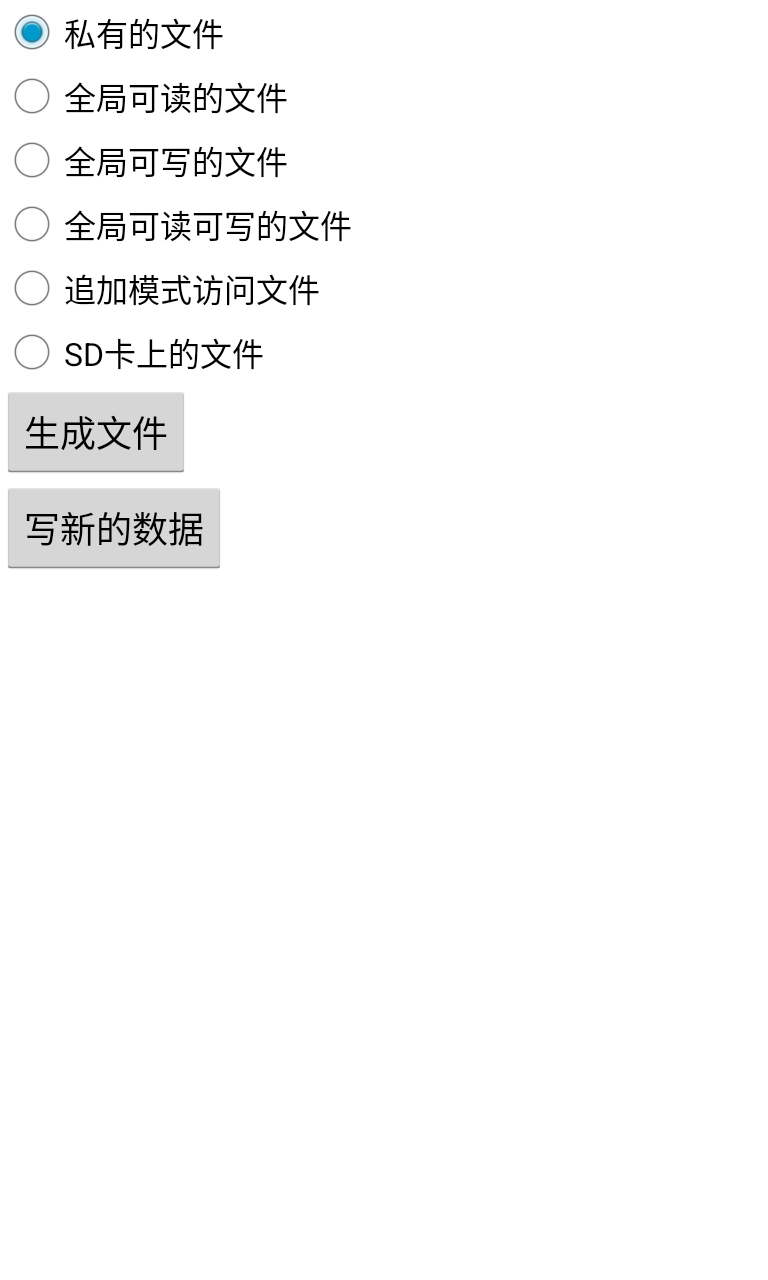
Repository: qq839924354/day01
Layout: day02/code/TestMode/res/layout/activity_main.xml
The author's editor kept a copy of each file at every save. The layout is drawn from the files as they stood at one save, then again after the next save.
It is drawn on a 768 x 1280 px phone screen (xhdpi) without system bars, with theme AppTheme; the app's code is not run.

Above is the layout before, as saved 2013-03-01 08:50:35.

### day02/code/TestMode/res/layout/activity_main.xml
<LinearLayout xmlns:android="http://schemas.android.com/apk/res/android"
    xmlns:tools="http://schemas.android.com/tools"
    android:layout_width="match_parent"
    android:layout_height="match_parent"
    android:orientation="vertical"
    tools:context=".MainActivity" >

    <RadioGroup
        android:id="@+id/rg"
        android:layout_width="wrap_content"
        android:layout_height="wrap_content" >

        <RadioButton
            android:id="@+id/rb_private"
            android:layout_width="wrap_content"
            android:layout_height="wrap_content"
            android:checked="true"
            android:text="私有的文件" />

        <RadioButton
            android:id="@+id/rb_readable"
            android:layout_width="wrap_content"
            android:layout_height="wrap_content"
            android:text="全局可读的文件" />

        <RadioButton
            android:id="@+id/rb_writeable"
            android:layout_width="wrap_content"
            android:layout_height="wrap_content"
            android:text="全局可写的文件" />

        <RadioButton
            android:id="@+id/rb_all"
            android:layout_width="wrap_content"
            android:layout_height="wrap_content"
            android:text="全局可读可写的文件" />


          <RadioButton
            android:id="@+id/rb_append"
            android:layout_width="wrap_content"
            android:layout_height="wrap_content"
            android:text="追加模式访问文件" />

        <RadioButton
            android:id="@+id/rb_sd"
            android:layout_width="wrap_content"
            android:layout_height="wrap_content"
            android:text="SD卡上的文件" />
    </RadioGroup>

    <Button
		android:onClick="generateFile"
        android:layout_width="wrap_content"
        android:layout_height="wrap_content"
        android:text="生成文件" />
        <Button
		android:onClick="writeappend"
        android:layout_width="wrap_content"
        android:layout_height="wrap_content"
        android:text="写新的数据" />
</LinearLayout>

Loaded but not shown: day02/code/TestMode/res/values/styles.xml (common file); day02/code/TestMode/res/values-v11/styles.xml (common file); day02/code/TestMode/res/values-v14/styles.xml (common file)

After the next save:
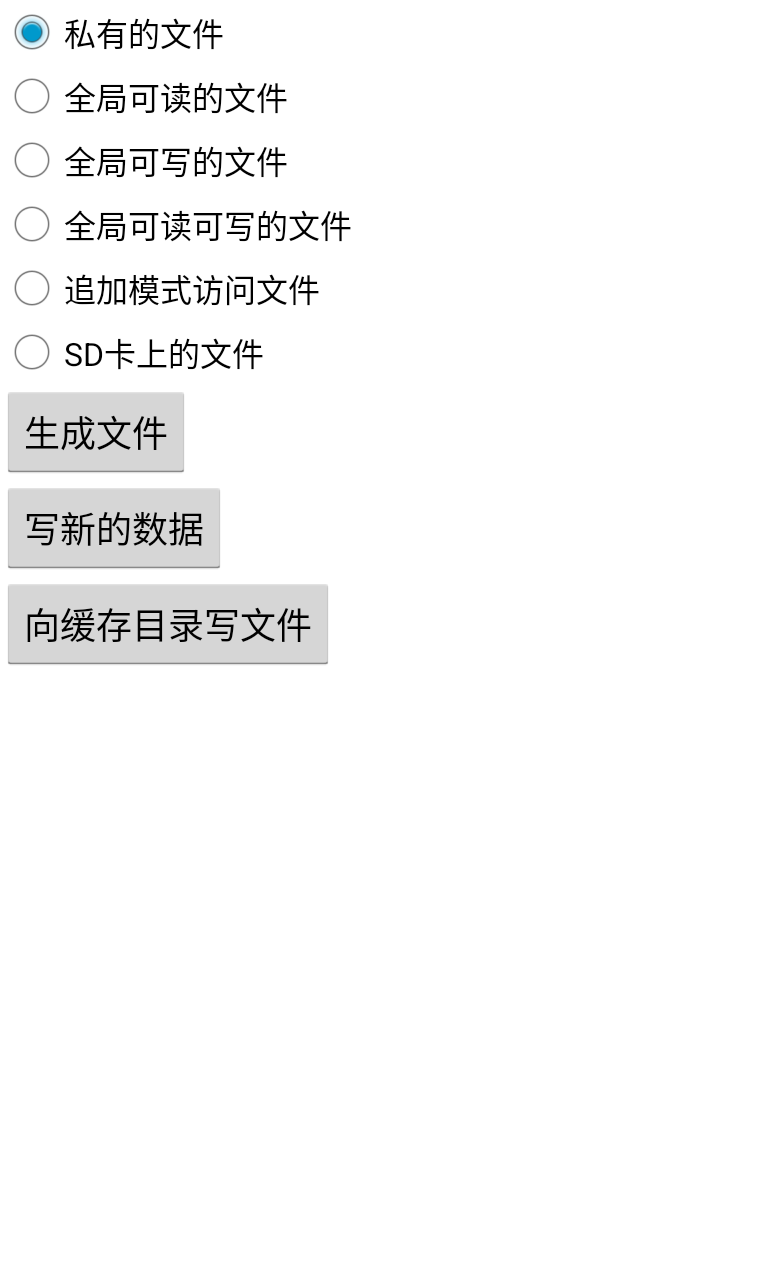
Saved 8 min 38 s later.
--- a/day02/code/TestMode/res/layout/activity_main.xml
+++ b/day02/code/TestMode/res/layout/activity_main.xml
@@ -59,4 +59,10 @@
         android:layout_width="wrap_content"
         android:layout_height="wrap_content"
         android:text="写新的数据" />
+
+                <Button
+		android:onClick="writeappend"
+        android:layout_width="wrap_content"
+        android:layout_height="wrap_content"
+        android:text="向缓存目录写文件" />
 </LinearLayout>
